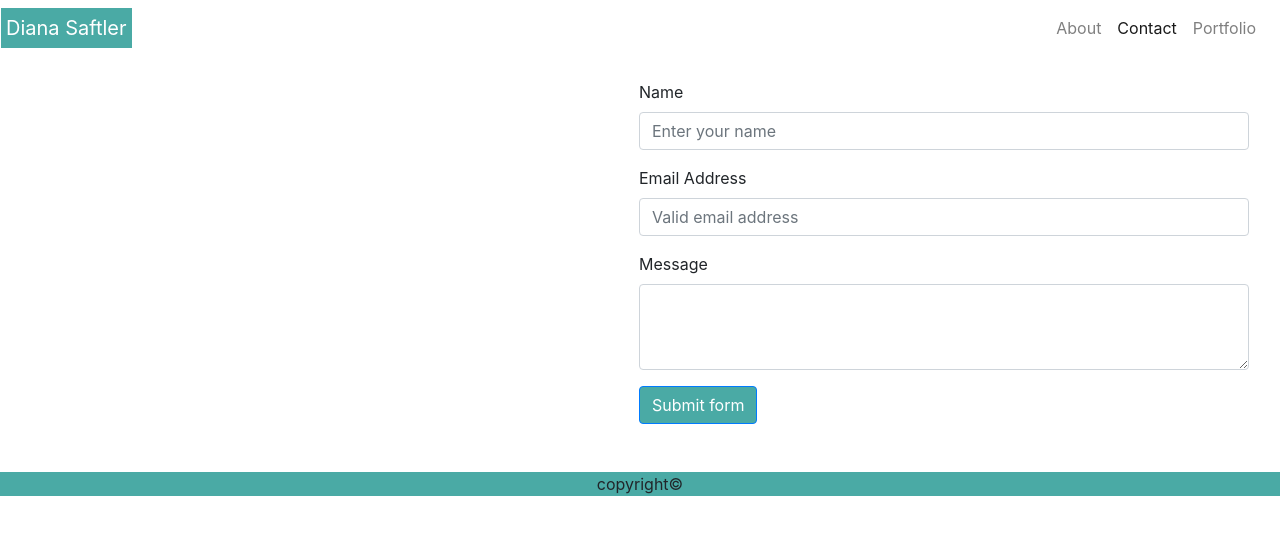
Repository: dsaftler/Bootstrap-Portfolio
Page: contact.html
The author's editor kept a copy of each file at every save. The page is drawn from the files as they stood at one save, then again after the next save.
The browser window is 1280 px wide. The pictures show the whole page.

Above is the page before, as saved 2019-03-21 01:11:35.

### contact.html
<!DOCTYPE html>
<html lang="en">
<head>
  <meta charset="UTF-8">
  <meta name="viewport" content="width=device-width, initial-scale=1.0">
  <meta http-equiv="X-UA-Compatible" content="ie=edge">
  <link rel="stylesheet" href="https://stackpath.bootstrapcdn.com/bootstrap/4.1.3/css/bootstrap.min.css" integrity="sha384-MCw98/SFnGE8fJT3GXwEOngsV7Zt27NXFoaoApmYm81iuXoPkFOJwJ8ERdknLPMO" crossorigin="anonymous">
  <link rel="icon" href="assets/images/Peony.jpg" type="image/jpg" sizes="16x16">
  <title>Contact</title>
</head>
<body>
    <nav class="navbar navbar-expand-lg navbar-light" >
        <a class="navbar-brand"  style="background-color: #4aaaa5; color: white; padding-right: 5px; padding-left: 5px; margin-left: -15px" href="#"> Diana Saftler </a>
        <button class="navbar-toggler" type="button" data-toggle="collapse" data-target="#navbarSupportedContent" aria-controls="navbarSupportedContent" aria-expanded="false" aria-label="Toggle navigation">
          <span class="navbar-toggler-icon"></span>
        </button>

        <div class="collapse navbar-collapse" id="navbarSupportedContent">
          <ul class="navbar-nav ml-auto">
            <li class="nav-item">
              <a class="nav-link" href="index.html">About</a>
            </li>
            <li class="nav-item active">
              <a class="nav-link" href="contact.html">Contact<span class="sr-only">(current)</span></a>
            </li>
            <li class="nav-item">
                <a class="nav-link"  href="portfolio.html">Portfolio</a>
             </li>
          </ul>
        </div>
      </nav>
      <div class="container col-sm-6 mr-3">
          <form>
              <div class="form-group">
                <br>
                <label for="formGroupExampleInput">Name</label>
                <input type="text" class="form-control" id="formGroupExampleInput" placeholder="Enter your name">
              </div>
              <div class="form-group">
                <label for="formGroupExampleInput2">Email Address</label>
                <input type="text" class="form-control" id="formGroupExampleInput2" placeholder="Valid email address">
              </div>
              <div class="form-group">
                <label for="exampleFormControlTextarea1">Message</label>
                <textarea class="form-control" id="exampleFormControlTextarea1" rows="3"></textarea>
              </div>
              <button class="btn btn-primary mb-5" type="submit"; style="background-color: #4aaaa5">Submit form</button>
            </form>
      </div>
      <footer class="footer text-center"; style="background-color:#4aaaa5">
          <div class="container" >
            <span >copyright&copy</span>
          </div>
     </footer>


</body>
</html>

After the next save:
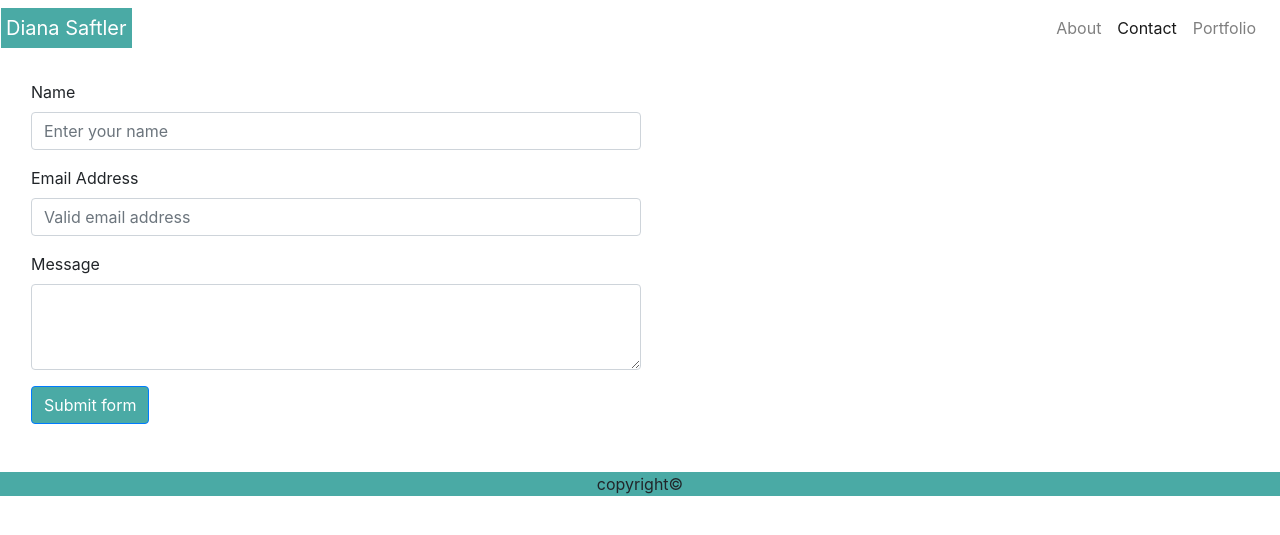
Saved 14 s later.
--- a/contact.html
+++ b/contact.html
@@ -29,7 +29,7 @@
           </ul>
         </div>
       </nav>
-      <div class="container col-sm-6 mr-3">
+      <div class="container col-sm-6 ml-3">
           <form>
               <div class="form-group">
                 <br>
